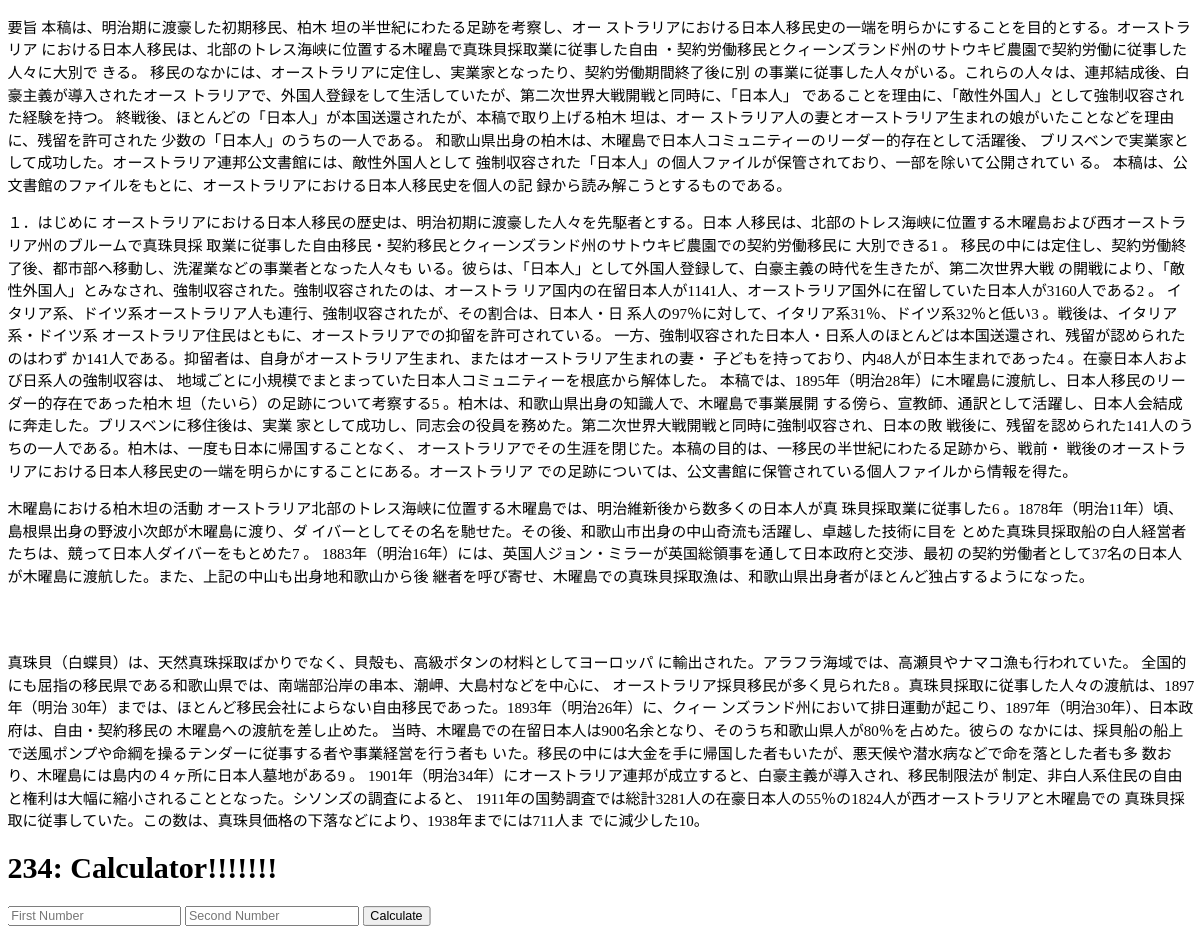
Repository: yoriss67/Folder-The-Complete-2023Web-Development-Bootcamp
Page: Calculator/index.html
The author's editor kept a copy of each file at every save. The page is drawn from the files as they stood at one save, then again after the next save.
The browser window is 1280 px wide. The pictures show the whole page, at 94% of full size.

Above is the page before, as saved 2022-12-22 15:55:31.

After the next save:
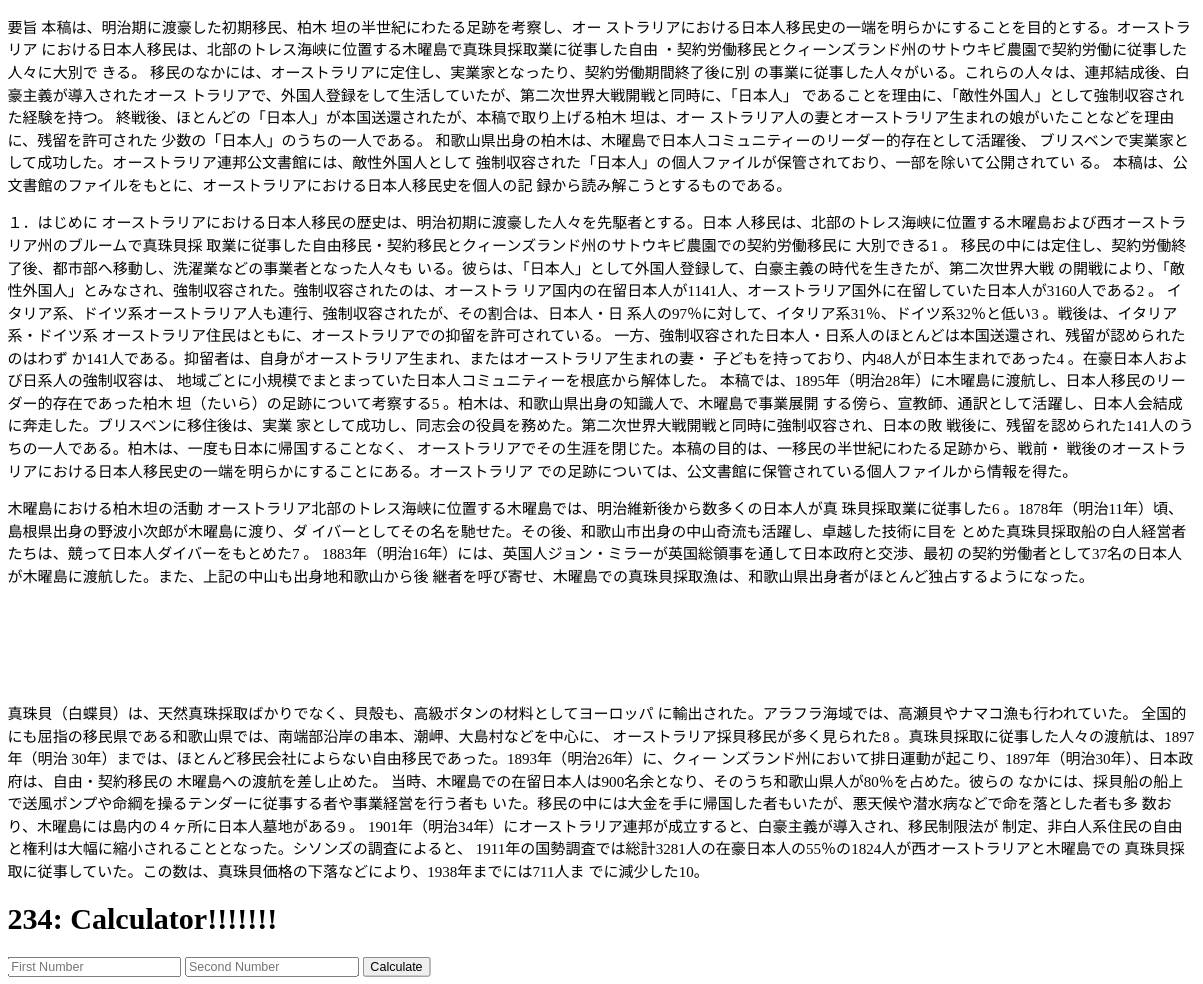
Saved 7 s later.
--- a/Calculator/index.html
+++ b/Calculator/index.html
@@ -74,7 +74,7 @@
 
 
 
-<br><br>
+<br><br><br><br><br>
 
 
        <p>真珠貝（白蝶貝）は、天然真珠採取ばかりでなく、貝殻も、高級ボタンの材料としてヨーロッパ
